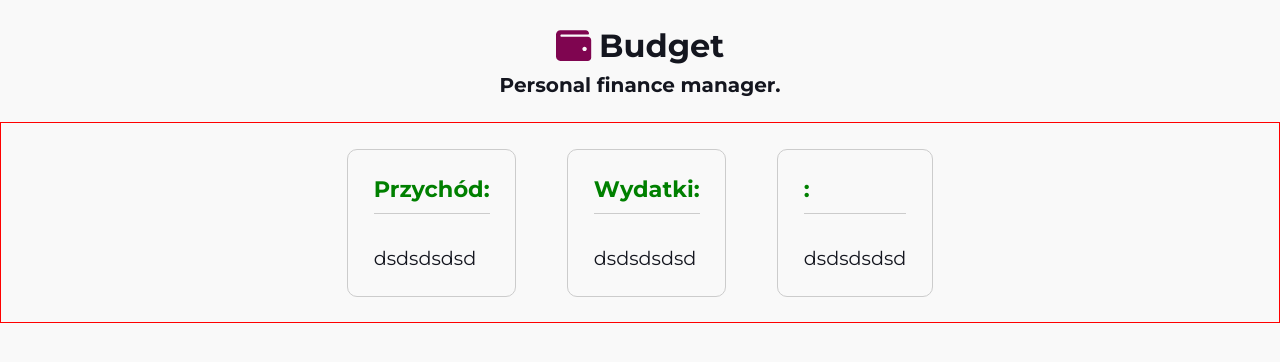
Repository: KrzysKolo/sr_tydzien4_zad4
Page: /
These files come from the project's save history. The page is drawn as it stood at one moment and after the next save; the edit follows.
The browser window is 1280 px wide. The pictures show the whole page.
Some web libraries are served in a nearby version. The project was rebuilt for these pictures with package versions that can differ from the ones it lists, and the page was loaded fresh each time.

Above is the page before, as saved 2020-11-29 14:28:46.

### public/index.html
<!DOCTYPE html>
<html lang="en">
  <head>
    <meta charset="utf-8" />
    <link rel="icon" href="%PUBLIC_URL%/favicon.ico" />
    <meta name="viewport" content="width=device-width, initial-scale=1" />
    <meta name="theme-color" content="#000000" />
    <meta
      name="description"
      content="Web site created using create-react-app"
    />
    <link rel="apple-touch-icon" href="%PUBLIC_URL%/logo192.png" />
    <!--
      manifest.json provides metadata used when your web app is installed on a
      user's mobile device or desktop. See https://developers.google.com/web/fundamentals/web-app-manifest/
    -->
    <link rel="manifest" href="%PUBLIC_URL%/manifest.json" />
    <!--
      Notice the use of %PUBLIC_URL% in the tags above.
      It will be replaced with the URL of the `public` folder during the build.
      Only files inside the `public` folder can be referenced from the HTML.

      Unlike "/favicon.ico" or "favicon.ico", "%PUBLIC_URL%/favicon.ico" will
      work correctly both with client-side routing and a non-root public URL.
      Learn how to configure a non-root public URL by running `npm run build`.
    -->
    <link
      href="https://fonts.googleapis.com/css?family=Montserrat:200,400,700&display=swap&subset=latin-ext"
      rel="stylesheet"
    />
    <script
      src="https://kit.fontawesome.com/327a0d490c.js"
      crossorigin="anonymous"
    ></script>
    <title>Budget</title>
  </head>
  <body>
    <noscript>You need to enable JavaScript to run this app.</noscript>
    <div id="root"></div>
    <!--
      This HTML file is a template.
      If you open it directly in the browser, you will see an empty page.

      You can add webfonts, meta tags, or analytics to this file.
      The build step will place the bundled scripts into the <body> tag.

      To begin the development, run `npm start` or `yarn start`.
      To create a production bundle, use `npm run build` or `yarn build`.
    -->
  </body>
</html>

### src/App.js
import React from 'react';
import Budget from './components/Budget'

const App = () => {
  return (
    <>
      <Budget/>
    </>
  )
}

export default App;

### src/components/Budget.js
import React from 'react';
import Header from './budgetComponents/Header';
import Section from './budgetComponents/Section';
import styled, { createGlobalStyle } from 'styled-components';

const GlobalStyle = createGlobalStyle`
    * {
        padding: 0;
        margin: 0;
        box-sizing: border-box;
    }
    body {
        background-color: #f9f9f9;
        color: #14161f;
        font-family: "Montserrat", sans-serif;
        font-size: 16px;
        min-height: 100vh;
    }
    `;
const Container = styled.main`
    font-size: 1.2rem;
`;
const SectionContainer = styled.section`
    border: 1px solid red;
    display: flex;
    flex-direction: row;
    justify-content: center;
    align-items: center;
`;
const Budget = () => {
    return (
        <>
            <GlobalStyle />
            <Container>
                <Header />
                <SectionContainer>
                    <Section title={"Przychód"} label={"p"}/>
                    <Section title={"Wydatki"}/>
                    <Section />

                </SectionContainer>
            </Container>
        </>
    )
}

export default Budget;

### src/components/budgetComponents/Header.js
import React from 'react';
import styled from 'styled-components';
import { FontAwesomeIcon } from '@fortawesome/react-fontawesome';
import { faWallet } from '@fortawesome/free-solid-svg-icons';

const SectionHeader = styled.header`
    align-items: center;
    color: rgb(127, 5, 80);
    display: flex;
    font-size: 2.2rem;
    flex-direction: column;
    justify-content: center;
    padding: 2%;
`;
const DivHeader = styled.div`
    align-items: center;
    display: flex;
    flex-direction: row;
    justify-content: center;
    margin-bottom: 0.5rem;
`;
const H1Header = styled.h1`
    color: #14161f;
    font-size: 2rem;
    margin-left: .5rem;
`;
const H2Header = styled.h2`
    color: #14161f;
    font-size: 1.25rem;
`;
const Header = () => {
    return (
        <SectionHeader>
            <DivHeader>
                <FontAwesomeIcon icon={faWallet}/>
                <H1Header>Budget</H1Header>
            </DivHeader>
            <H2Header>Personal finance manager.</H2Header>
        </SectionHeader>
    )
}

export default Header;

### src/components/budgetComponents/Section.js
import React from 'react';
import H1 from './sectionComponents/H1';
import styled from 'styled-components';

const SectionWrapper = styled.section`
    border: 1px solid #ccc;
    border-radius: 10px;
    display: flex;
    flex-direction: column;
    margin: 2vw;
    padding: 2%;
`;
const Section = ({ title, label }) => {
    return (
        <SectionWrapper>
           <H1 title={title} label={label}> </H1>
           <p>dsdsdsdsd</p>
        </SectionWrapper>
    )
}

export default Section;

### src/components/budgetComponents/sectionComponents/H1.js
import React from 'react'
import styled from 'styled-components';

const TitleH1 = styled.h1`
    border-bottom: 1px solid #ccc;
    color: ${label => label ? 'green' : 'red'};
    margin-bottom: 2rem;
    padding-bottom: 10px;
`;

const H1 = ({title, label}) => {
    return (
        <TitleH1>
            {title}:
        </TitleH1>
    )
}

export default H1;

Loaded but not shown: src/index.js (common file); src/index.css (common file)

After the next save:
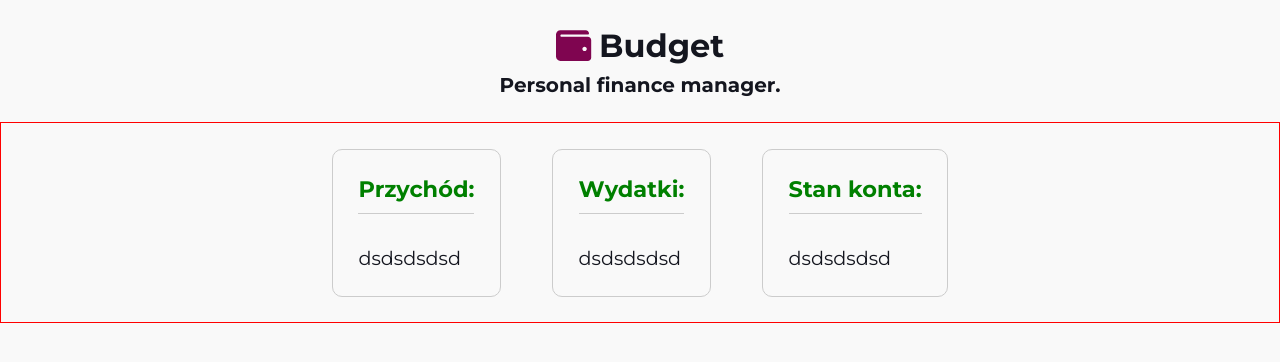
Saved 79 s later.
--- a/src/components/Budget.js
+++ b/src/components/Budget.js
@@ -36,7 +36,7 @@ const Budget = () => {
                 <SectionContainer>
                     <Section title={"Przychód"} label={"p"}/>
                     <Section title={"Wydatki"}/>
-                    <Section />
+                    <Section title={"Stan konta"}/>
 
                 </SectionContainer>
             </Container>
